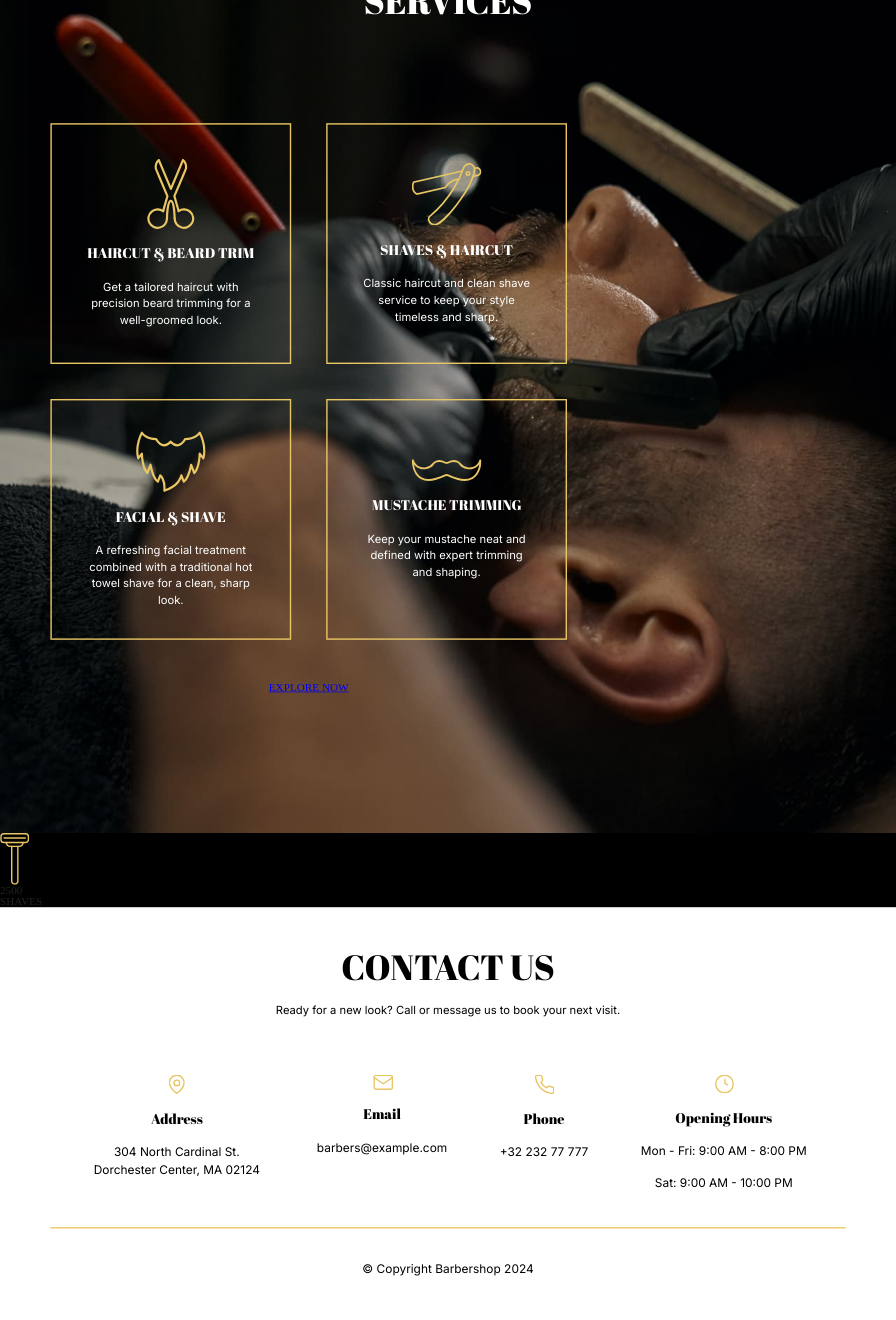
Repository: BogdanLazebnika/barbershop
Page: http://localhost/
An editor plug-in stored every save of this project. The page is shown before and after a run of saves, followed by the edit.
The browser window is 1280 px wide. The pictures show the part of the page from y = 1090 to 3010 px (the page is 2976 px tall before and 3010 px after), at 70% of full size.
The page is run by PHP 8.4 with error messages shown; the project is at /var/www/html/.

Above is the page before, as saved 2025-07-16 23:34:15.

### index.php
<!DOCTYPE html>
<html lang="en">
<head>
    <meta charset="UTF-8">
    <meta name="viewport" content="width=device-width, initial-scale=1.0">
    <title>Homepage Barbershop</title>

    <link rel="stylesheet" href="assets/css/reset.css">
    <link rel="stylesheet" href="assets/css/style.css">
    <link rel="stylesheet" href="assets/css/index.css">


    <link rel="preconnect" href="https://fonts.googleapis.com">
    <link rel="preconnect" href="https://fonts.gstatic.com" crossorigin>
    <link href="https://fonts.googleapis.com/css2?family=Abril+Fatface&display=swap" rel="stylesheet">

</head>
<body>

    <!-- Header -->
    <?php include 'components/header.php'; ?>

    <main>
        <!-- Hero -->
        <section class="hero" role="banner" aria-label="Barbershop hero section">
            <div class="content-hero-wrapper">
                <img src="./assets/images/logo/logo1.svg" alt="Barbershop Logo" class="content-hero-logo">
                <h1 class="content-hero-title">BARBERSHOP</h1>
            </div>
        </section>

        <!-- Services -->
        <section class="services" role="region" aria-label="Barbershop services">
            <h3 class="services-subtitle">OUR TREATMENT</h3>
            <h2 class="services-title">SERVICES</h2>

            <div class="services-list-wrapper">
                <ul class="services-list">
                    <li class="service-item">
                        <div class="service-item-content">
                            <img class="service-item-icon" src="./assets/images/icons/services/icon_scissors.svg" alt="Scissors icon">
                            <h3 class="service-item-title">HAIRCUT & BEARD TRIM</h3>
                            <p class="service-item-description">
                                Get a tailored haircut with precision beard trimming for a well-groomed look.
                            </p>
                        </div>
                    </li>

                    <li class="service-item">
                        <div class="service-item-content">
                            <img class="service-item-icon" src="./assets/images/icons/services/icon_razor.svg" alt="Razor icon">
                            <h3 class="service-item-title">SHAVES & HAIRCUT</h3>
                            <p class="service-item-description">
                                Classic haircut and clean shave service to keep your style timeless and sharp.
                            </p>
                        </div>
                    </li>

                    <li class="service-item">
                        <div class="service-item-content">
                            <img class="service-item-icon" src="./assets/images/icons/services/icon_beard.svg" alt="Beard icon">
                            <h3 class="service-item-title">FACIAL & SHAVE</h3>
                            <p class="service-item-description">
                                A refreshing facial treatment combined with a traditional hot towel shave for a clean, sharp look.
                            </p>
                        </div>
                    </li>

                    <li class="service-item">
                        <div class="service-item-content">
                            <img class="service-item-icon" src="./assets/images/icons/services/icon_mustache.svg" alt="Mustache icon">
                            <h3 class="service-item-title">MUSTACHE TRIMMING</h3>
                            <p class="service-item-description">
                                Keep your mustache neat and defined with expert trimming and shaping.
                            </p>
                        </div>
                    </li>
                </ul>

                <div class="services-list-line-button-wrapper">
                    <a href="#" class="explore-now-button-services-list">EXPLORE NOW</a>
                </div>
            </div>
        </section>



        <section class="counter" role="region" aria-label="Barbershop statistics">
            <ul class="counter-list">
                <li class="counter-item">
                    <ul>
                        <li>
                            <img src="./assets/images/icons/counter/icon_razor.svg" alt="happy customers">
                        </li>
                        <li class="counter-item-number"><h4>2500</h4></li>
                        <li class="counter-item-text"><h3>SHAVES</h3></li>
                    </ul>
                </li>
            </ul>
        </section>

    </main>

    <?php include 'components/footer.php'; ?>

</body>
</html>

### components/header.php
<?php
$current = basename($_SERVER['PHP_SELF']);
?>
<header class="header">
    <div class="center-header-container">
        <!-- Link to Header CSS -->
        <link rel="stylesheet" href="assets/css/header.css">
        <link rel="preconnect" href="https://fonts.googleapis.com">
        <link rel="preconnect" href="https://fonts.gstatic.com" crossorigin>
        <link href="https://fonts.googleapis.com/css2?family=Inter:ital,opsz,wght@0,14..32,100..900;1,14..32,100..900&display=swap" rel="stylesheet">

        <script src="assets/js/header.js" defer></script>


        <div class="header-left">
            <button class="burger" id="burger">
                <span></span>
                <span></span>
                <span></span>
            </button>
        </div>

        <nav class="nav">
            <ul class="nav-list">
                <li class="nav-item">
                    <?php if ($current == 'index.php'): ?>
                        <span class="active">Home</span>
                    <?php else: ?>
                        <a href="index.php">Home</a>
                    <?php endif; ?>
                </li>

                <li class="nav-item">
                    <?php if ($current == 'services.php'): ?>
                        <span class="active">Services</span>
                    <?php else: ?>
                        <a href="services.php">Services</a>
                    <?php endif; ?>
                </li>

                <li class="nav-item">
                    <?php if ($current == 'about.php'): ?>
                        <span class="active">About Us</span>
                    <?php else: ?>
                        <a href="about.php">About Us</a>
                    <?php endif; ?>
                </li>

                <li class="nav-item">
                    <?php if ($current == 'blog.php'): ?>
                        <span class="active">Blog</span>
                    <?php else: ?>
                        <a href="blog.php">Blog</a>
                    <?php endif; ?>
                </li>

                <li class="nav-item">
                    <?php if ($current == 'contact.php'): ?>
                        <span class="active">Contact Us</span>
                    <?php else: ?>
                        <a href="contact.php">Contact Us</a>
                    <?php endif; ?>
                </li>
            </ul>
        </nav>
        <a class="button-book-appointment" href="#">BOOK APPOINTMENT</a>
    </div>



</header>

### components/footer.php
<footer>
    <!-- Link to Footer CSS -->
    <link rel="stylesheet" href="assets/css/footer.css">

    <link rel="preconnect" href="https://fonts.googleapis.com">
    <link rel="preconnect" href="https://fonts.gstatic.com" crossorigin>
    <link href="https://fonts.googleapis.com/css2?family=Abril+Fatface&family=Inter:ital,opsz,wght@0,14..32,100..900;1,14..32,100..900&display=swap" rel="stylesheet">

    <link rel="preconnect" href="https://fonts.googleapis.com">
    <link rel="preconnect" href="https://fonts.gstatic.com" crossorigin>
    <link href="https://fonts.googleapis.com/css2?family=Inter:ital,opsz,wght@0,14..32,100..900;1,14..32,100..900&display=swap" rel="stylesheet">


    <h2>CONTACT US</h2>
    <p class="footer-text">Ready for a new look? Call or message us to book your next visit.</p>

    <ul class="footer-contacts">
        <li>
            <ul class="contact-item">
                <li class="contact-icon">
                    <img src="assets/images/icons/footer/icon_location.svg" alt="location">
                </li>
                <li class="contact-label">Address</li>
                <li class="contact-text">
                    304 North Cardinal St. Dorchester Center, MA 02124
                </li>
            </ul>
        </li>

        <li>
            <ul class="contact-item">
                <li class="contact-icon">
                    <img src="assets/images/icons/footer/icon_envelope.svg" alt="email">
                </li>
                <li class="contact-label">Email</li>
                <li class="contact-text"><a href="mailto:barbers@example.com">barbers@example.com</a></li>
            </ul>
        </li>

        <li>
            <ul class="contact-item">
                <li class="contact-icon">
                    <img src="assets/images/icons/footer/icon_phone.svg" alt="phone">
                </li>
                <li class="contact-label">Phone</li>
                <li class="contact-text"><a href="tel:+1234567890">+32 232 77 777</a></li>
            </ul>
        </li>

        <li>
            <ul class="contact-item">
                <li class="contact-icon">
                    <img src="assets/images/icons/footer/icon_clock.svg" alt="opening hours">
                </li>
                <li class="contact-label">Opening Hours</li>
                <li class="contact-text">Mon - Fri: 9:00 AM - 8:00 PM</li>
                <li class="contact-text">Sat: 9:00 AM - 10:00 PM</li>
            </ul>
        </li>
    </ul>

    <!-- додаємо лінію -->
    <hr>

    <p class="copyright">© Copyright Barbershop 2024</p>
</footer>

### assets/css/style.css
body{
    max-width: 1440px;

    margin-left: auto;
    margin-right: auto;
    background-color: black;
}

main{
    /* відступ для фіксованої шапки */
    min-height: calc(100vh - 95px);
}

### assets/css/index.css
/* hero */
.hero{
    background-position-x: center;
    background-image: url('../images/backgrounds/hero.jpg');
}
.background-image-homepage{
    position: relative;
    width: 100%;
    height: 950px;
    overflow: hidden;
}
.background-image-homepage img {
    position: absolute;
    top: 0;
    left: 0;
    width: 100%;
    height: 100%;
    object-fit: cover;
    z-index: -1; /* Ensure the image is behind other content */
}
.content-hero-wrapper{
    position: relative;
    display: flex;
    width: 100%;
}
.content-hero-logo{
    width: calc(100% - 80px);
    max-width: 430px;
    margin: 0 auto;
    padding: 184px 40px;
}
.content-hero-title{
    position: absolute;
    top: 50%;
    left: 50%;
    transform: translate(-50%, -50%);
    font-size: 120px;
    font-family: "abril fatface", sans-serif;
    color: #ffffff;
}
/* css для мобілки */

@media screen and (max-width: 1023px) {
    .content-hero-title {
        font-size: 13dvw;
    }
}







/* Services */

.services{
    background-position-x: center;
    background-image: url('../images/backgrounds/services.jpg');
    padding: 70px 72px 200px;
}
.services-subtitle{
    font-size: 19px;
    color: #E9C664;
    font-weight: 400;
    font-family: "inter", sans-serif;
    text-align: center;
    margin: 0 0 25px;
}
.services-title{
    font-size: 50px;
    color: #ffffff;
    font-weight: 400;
    font-family: "abril fatface", sans-serif;
    text-align: center;
    margin-bottom: 150px;
}


.services-list-wrapper{
    width: 738px;
}
.services-list{
    display: flex;
    justify-content: space-between;
    flex-wrap: wrap;
    gap: 50px;
    justify-content: flex-start;
}
.service-item{
    display: flex;
    width: 340px;
    height: 340px;
    border: #E9C664 2px solid;
}
.service-item-content{
    display: flex;
    flex-direction: column;
    align-items: center;
    text-align: center;
    justify-content: center;
    padding: 50px 50px;
}
.service-item-icon{
    max-width: 100px;
    max-height: 100px;
    width: 100%;
}
.service-item-title{
    font-size: 20px;
    color: #ffffff;
    font-family: "abril fatface", sans-serif;
    margin: 25px 0 25px;
}
.service-item-description{
    font-size: 16px;
    color: #ffffff;
    font-family: "inter", sans-serif;
    line-height: 1.5;
    margin: 0;
}
.services-list-line-button-wrapper{
    display: flex;
    justify-content: center;
    margin-top: 60px;
}
.explore-now-button-services-list{
    padding: ;
}

### assets/css/header.css
header {
  position: fixed;
  top: 0;
  left: 0;
  width: 100%;
  height: 92px;
  color: #ffffff;
  display: flex;
  align-items: center;
  justify-content: center;
  z-index: 1000;

  /* Усі переходи в одному місці */
  transition:
    transform 0.3s ease,
    background-color 0.3s ease,
    box-shadow 0.3s ease;

  transform: translateY(0);
}

header.hidden {
  transform: translateY(-100%);
}

header.scrolled {
  background-color: rgba(0, 0, 0, 0.5);
  box-shadow: 0 4px 10px rgba(0, 0, 0, 0.2);
  backdrop-filter: blur(6px);
}


.center-header-container{
    position: relative;
    display: flex;
    justify-content: space-between;
    width: 100%;
    margin-top: 40px;
    height: 50px;
    max-width: 1440px;
}

/* БУРГЕР */
.header-left{
    display: flex;
    align-items: center;
    gap: 20px;
    margin-left: 72px;
}
.burger {
    width: 30px;
    height: 20px;
    display: flex;
    flex-direction: column;
    justify-content: space-between;
    background: none;
    border: none;
    cursor: pointer;
    padding: 0;
}
.burger span {
    width: 100%;
    height: 4px;
    background: #E9C664;
    border-radius: 4px;
    transition: 0.3s ease;
    transform-origin: center;
}
/* логіка вікривання */
.burger.open span:nth-child(1) {
  transform: rotate(45deg) translateY(11px);
}

.burger.open span:nth-child(2) {
  opacity: 0;
}

.burger.open span:nth-child(3) {
  transform: rotate(-45deg) translateY(-11px);
}





/* Навігація  для ПК*/
@media screen and (min-width: 1024px) {
    nav {
        display: flex;
        align-items: center;

    }
    nav ul {
        display: flex;
        list-style: none;
        padding: 0;
        gap: 50px;
    }

    nav ul li a {
        text-decoration: none;
        color: #979797;
        font-size: 18px;
        font-family: "inter", sans-serif;
        font-weight: 400;
    }
    nav ul li a.active{
        color: #ffffff;
        font-weight: bold;
    }
    nav ul li span {
        text-decoration: none;
        color: #979797;
        font-size: 18px;
        font-family: "inter", sans-serif;
        font-weight: 400;
        cursor: pointer; /* щоб не було посилання */
    }
    nav ul li span.active{
        color: #ffffff;
        font-weight: bold;
    }


    /* робимо риску при наведені на навігацію яка висувається*/

    nav ul li a {
        position: relative;
    }

    nav ul li a::after {
        content: "";
        position: absolute;
        left: 0;
        right: 0;
        bottom: -7px;
        height: 2px;
        background: #E9C664;
        transform: scaleX(0);
        transition: transform 0.3s ease;
    }


    nav ul li a:hover::after{
        transform: scaleX(1);
    }
    nav ul li a.active::after {
        transform: scaleX(0);
        transition: none;
    }
}

.button-book-appointment{
    text-decoration: none;

    display: flex;
    align-items: center;
    justify-content: center;

    font-family: "inter", sans-serif;
    font-size: 14px;
    font-weight: bold;
    color: #ffffff;

    padding: 15px 15px;
    border: #E9C664 solid 2px;

    margin-right: 72px;
}






/* css для мобілки */

@media screen and (min-width: 1023px) {
    .burger{
        display: none;
    }
}


@media screen and (max-width: 1023px) {
    .header{
        height: 72px;
    }
}
@media screen and (max-width: 1023px) {
    .center-header-container{
        margin-top: 20px;
    }
}
@media screen and (max-width: 1023px) {
    .header-left{
        margin-left: 20px;
    }
}



@media screen and (max-width: 1023px) {
    nav{
        position: absolute;
        top: 50px;
        left: -250px;
        transition: left 0.3s ease;

        background-color: #212121;

        width: 250px;
        min-height: 100vh;
        overflow-x: auto;
    }
    nav.open {
        left: 0;
        transition: left 0.3s ease;
    }
    .nav-item a{
        font-family: "inter", sans-serif;
        font-size: 18px;
        font-weight: 400;
        color: #ffffff;
        text-decoration: none;
    }
    .nav-item span{
        font-family: "inter", sans-serif;
        font-size: 18px;
        font-weight: 400;
        color: #ffffff;
        text-decoration: none;
    }

    .nav-item span.active{
        color: #E9C664;
        font-weight: bold;
        padding-bottom: 5px;
        border-bottom: #E9C664 solid 3px;
    }

    .nav-item a:hover{
        padding-bottom: 5px;
        border-bottom: #E9C664 solid 3px;
    }
    .header.open {
        background-color: #212121;
    }

    .nav-list{
        display: flex;
        flex-direction: column;
        gap: 25px;
        padding: 20px 0 0 20px;
    }




}






@media screen and (max-width: 1023px) {
    .button-book-appointment{
        margin-right: 20px;
    }
}

### assets/css/footer.css
footer {
    background-color: #ffffff;
    padding: 60px 72px;
    text-align: center;
}

footer h2 {
    color: #000000;
    font-family: "Abril Fatface", serif;
    font-size: 50px;
    font-weight: 400;

    margin-bottom: 25px;
}
footer .footer-text{
    color: #000000;
    font-family: "inter", sans-serif;
    font-size: 16px;
    font-weight: 400;
    line-height: 1.5;


    margin-bottom: 80px;
}


.footer-contacts{
    display: flex;
    flex-wrap: wrap;
    gap: 75px;
    justify-content: center;

    margin-bottom: 50px;
}
.contact-item{
    display: flex;
    flex-direction: column;
    align-items: center;
    gap: 20px;
    max-width: 250px;
}

.contact-icon{
    width: 26px;
}

.contact-label{
    color: #000000;
    font-family: "abril fatface", serif;
    font-size: 20px;
    font-weight: 400;
    line-height: 1.5;
}
.contact-text{
    font-family: "inter", sans-serif;
    font-size: 17px;
    font-weight: 400;
    line-height: 1.5;
    color: #000000;
}
.contact-text a{
    color: #000000;
    text-decoration: none;
}
hr {
    border: 0;
    border-top: 2px solid #E9C664;
    margin-bottom: 45px;
}

.copyright{
    color: #000000;
    font-family: "inter", sans-serif;
    font-size: 17px;
    font-weight: 400;
    line-height: 1.5;
    text-align: center;
}





/* css для мобілки */
@media screen and (max-width: 1023px) {
    footer {
        padding: 30px 20px;
    }
    footer h2 {
        font-size: 30px;
    }
    .footer-contacts {
        flex-direction: column;
        align-items: center;
    }
    .contact-item {
        max-width: 100%;
    }
}

### assets/js/header.js
// логіка вікривання меню
document.addEventListener('DOMContentLoaded', function () {
  const burger = document.querySelector('.burger');
  const nav = document.querySelector('.nav');
  const header = document.querySelector('header');

  // Відкривання/закривання по кліку на бургер
  burger.addEventListener('click', function (e) {
    e.stopPropagation();
    burger.classList.toggle('open');
    nav.classList.toggle('open');
    header.classList.toggle('open');
  });

  // Закриття при кліку поза шапкою/меню
  document.addEventListener('click', function (e) {
    const isClickInside = header.contains(e.target);

    if (!isClickInside && nav.classList.contains('open')) {
      burger.classList.remove('open');
      nav.classList.remove('open');
      header.classList.remove('open'); // 🔧 додаємо!
    }
  });

  // Закриття при скролі, якщо меню відкрите
  window.addEventListener('scroll', function () {
    const navIsOpen = nav.classList.contains('open');

    if (navIsOpen) {
      burger.classList.remove('open');
      nav.classList.remove('open');
      header.classList.remove('open'); // 🔧 додаємо!
    }
  });
});

// стилізація шапки
let lastScroll = window.scrollY;
let header = document.querySelector('header');
let scrollUpDistance = 0;
let scrollDownDistance = 0;

window.addEventListener('scroll', () => {
  const currentScroll = window.scrollY;

  // Перевірка, чи меню відкрите
  const menuIsOpen = document.querySelector('.nav').classList.contains('open');
  if (menuIsOpen) {
    return; // Якщо меню відкрите — не ховаємо шапку
  }

  // ✅ Додаємо фон, якщо не на самому верху
  if (currentScroll > 0) {
    header.classList.add('scrolled');
  } else {
    header.classList.remove('scrolled');
  }

  // Скрол вниз
  if (currentScroll > lastScroll) {
    scrollUpDistance = 0;
    scrollDownDistance += currentScroll - lastScroll;

    if (scrollDownDistance > 250) {
      header.classList.add('hidden');
    }
  }

  // Скрол вгору
  else if (currentScroll < lastScroll) {
    scrollDownDistance = 0;
    scrollUpDistance += lastScroll - currentScroll;

    if (scrollUpDistance > 200) {
      header.classList.remove('hidden');
    }
  }

  lastScroll = currentScroll;
});

### assets/images/icons/footer/icon_location.svg
<svg width="23" height="28" viewBox="0 0 23 28" fill="none" xmlns="http://www.w3.org/2000/svg">
<path d="M22 11.636C22 19.909 11.5 27 11.5 27C11.5 27 0.99997 19.909 0.99997 11.636C0.982143 8.83325 2.07833 6.1382 4.04741 4.14361C6.0165 2.14901 8.69723 1.01824 11.5 1C14.3027 1.01824 16.9834 2.14901 18.9525 4.14361C20.9216 6.1382 22.0178 8.83325 22 11.636V11.636Z" stroke="#E9C664" stroke-width="2" stroke-linecap="round" stroke-linejoin="round"/>
<path d="M11.64 16.004C13.8492 16.004 15.64 14.2132 15.64 12.004C15.64 9.79489 13.8492 8.00403 11.64 8.00403C9.43088 8.00403 7.64001 9.79489 7.64001 12.004C7.64001 14.2132 9.43088 16.004 11.64 16.004Z" stroke="#E9C664" stroke-width="2" stroke-linecap="round" stroke-linejoin="round"/>
</svg>

### assets/images/icons/footer/icon_clock.svg
<svg width="28" height="27" viewBox="0 0 28 27" fill="none" xmlns="http://www.w3.org/2000/svg">
<path d="M14 26C20.9036 26 26.5 20.4036 26.5 13.5C26.5 6.59644 20.9036 1 14 1C7.09644 1 1.5 6.59644 1.5 13.5C1.5 20.4036 7.09644 26 14 26Z" stroke="#E9C664" stroke-width="2" stroke-linecap="round" stroke-linejoin="round"/>
<path d="M14.625 6.66699V12.667L18.625 14.667" stroke="#E9C664" stroke-width="2" stroke-linecap="round" stroke-linejoin="round"/>
</svg>

Loaded but not shown: assets/css/reset.css (common file); assets/images/logo/logo1.svg (16 lines, source omitted); assets/images/icons/services/icon_razor.svg (6 lines, source omitted); assets/images/icons/services/icon_scissors.svg (6 lines, source omitted); assets/images/icons/footer/icon_phone.svg (3 lines, source omitted); assets/images/icons/counter/icon_razor.svg (6 lines, source omitted); assets/images/icons/services/icon_mustache.svg (3 lines, source omitted); assets/images/icons/services/icon_beard.svg (3 lines, source omitted); assets/images/icons/footer/icon_envelope.svg (4 lines, source omitted)

After the next 4 saves:
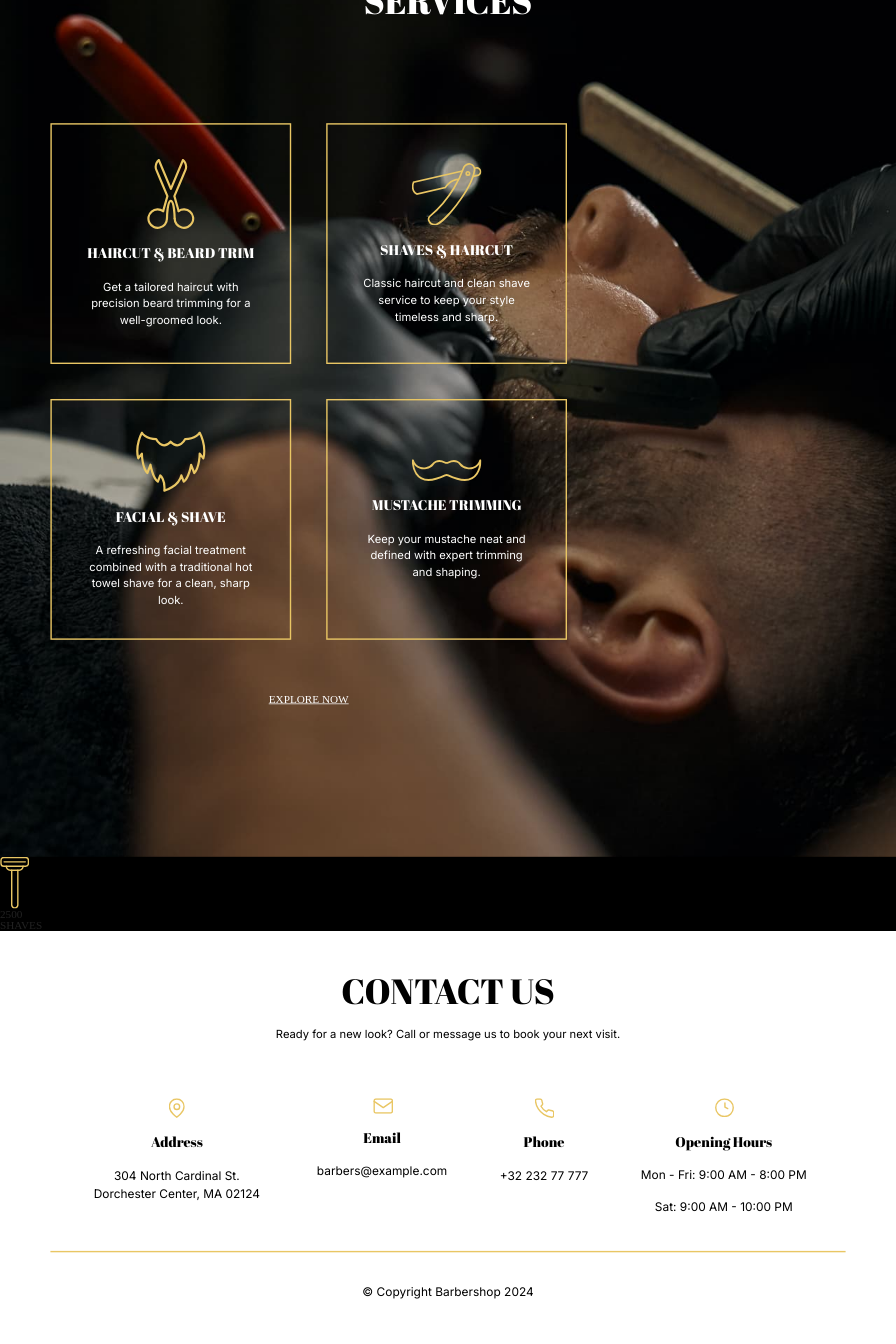
The 4 saves are shown as one change because they came seconds apart.
The last was saved 11 s later.
--- a/assets/css/index.css
+++ b/assets/css/index.css
@@ -125,5 +125,7 @@
     margin-top: 60px;
 }
 .explore-now-button-services-list{
-    padding: ;
+    padding: 17px 20px;
+    font-size: 16px;
+    color: #ffffff;
 }
